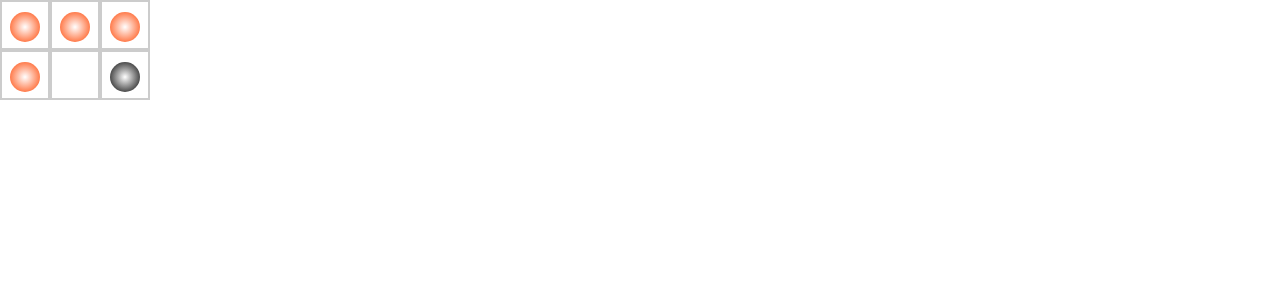
Repository: Gstring-w/TypeScript-React-ThreeWordGame
Page: / (app in my-app/)
The author's editor kept a copy of each file at every save. The page is drawn from the files as they stood at one save, then again after the next save.
The browser window is 1280 px wide. The pictures show the whole page.
The project was rebuilt for these pictures with package versions that can differ from the ones it lists, and the page was loaded fresh each time.

Above is the page before, as saved 2019-07-01 15:00:00.

After the next save:
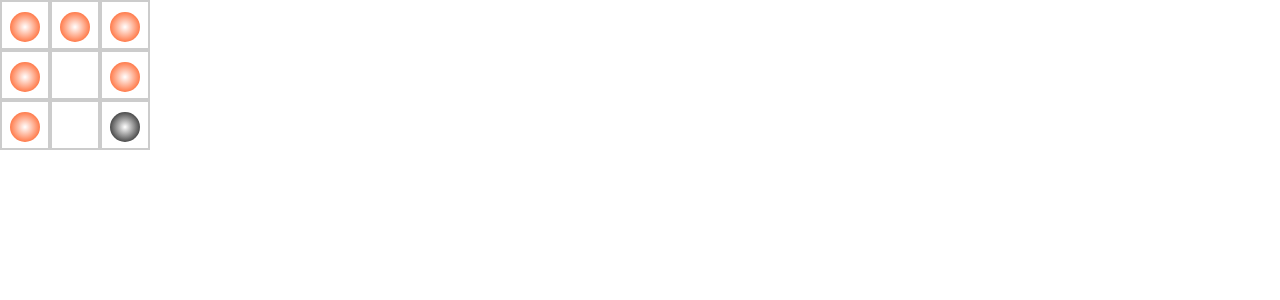
Saved 11 s later.
--- a/my-app/src/components/Map.tsx
+++ b/my-app/src/components/Map.tsx
@@ -7,6 +7,9 @@ export default class Map extends React.Component {
     chess: [
       { type: ChessType.red, loaction: 0 },
       { type: ChessType.red, loaction: 1 },
+      { type: ChessType.red, loaction: 2 },
+      { type: ChessType.red, loaction: 3 },
+      { type: ChessType.none, loaction: 4 },
       { type: ChessType.red, loaction: 2 },
       { type: ChessType.red, loaction: 3 },
       { type: ChessType.none, loaction: 4 },
